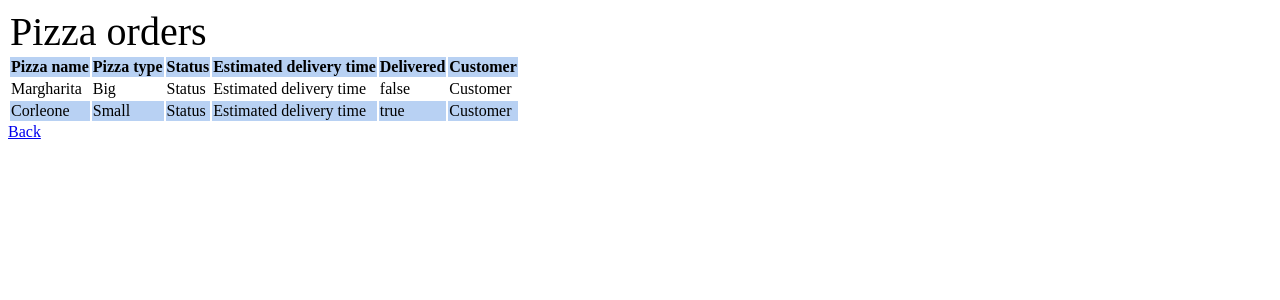
Repository: lukas77pro/html_css_js
Page: html/Test/WebContent/Tabela.html
The author's editor kept a copy of each file at every save. The page is drawn from the files as they stood at one save, then again after a run of saves.
The browser window is 1280 px wide. The pictures show the whole page.

Above is the page before, as saved 2015-07-10 13:09:44.

After the next 2 saves:
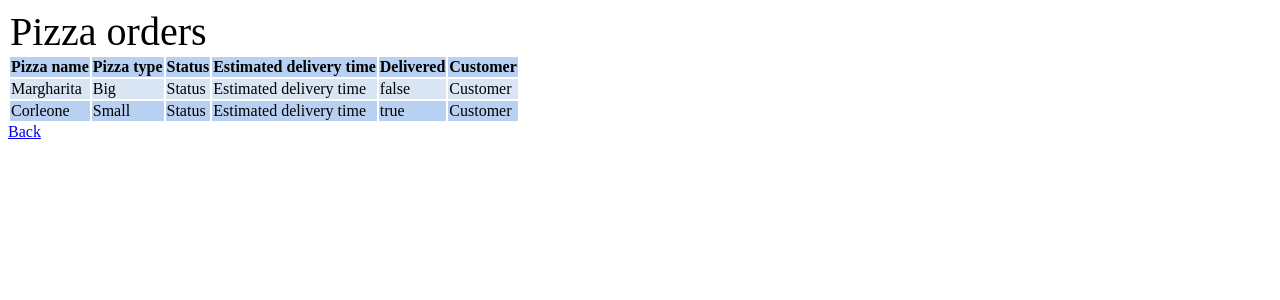
The 2 saves are shown as one change because they came seconds apart.
The last was saved 7 s later.
--- a/html/Test/WebContent/Styl.css
+++ b/html/Test/WebContent/Styl.css
@@ -4,8 +4,8 @@
 
 }
 
-#Legend1{
-	font-family: Arial,Helvetica Neue,Helvetica,sans-serif;
+#Legend1 {
+	font-family: Arial, Helvetica Neue, Helvetica, sans-serif;
 	font-size: 20px;
 	font-style: normal;
 	font-variant: normal;
@@ -13,7 +13,7 @@
 	line-height: 22px;
 }
 
-#LegendMain{
+#LegendMain {
 	font-size: 40px;
 }
 
@@ -22,11 +22,10 @@
     tr:nth-child(odd)		{ background-color:#eee; }
 	tr:nth-child(even)		{ background-color:#fff; }
 } */
-
-table tr:nth-child(odd){
-		background: #b8d1f3;
-	}
-	/*  Define the background color for all the EVEN background rows  */
-	.TFtable tr:nth-child(even){
-		background: #dae5f4;
-	}
+table tr:nth-child(odd) {
+	background: #b8d1f3;
+}
+/*  Define the background color for all the EVEN background rows  */
+table tr:nth-child(even) {
+	background: #dae5f4;
+}
